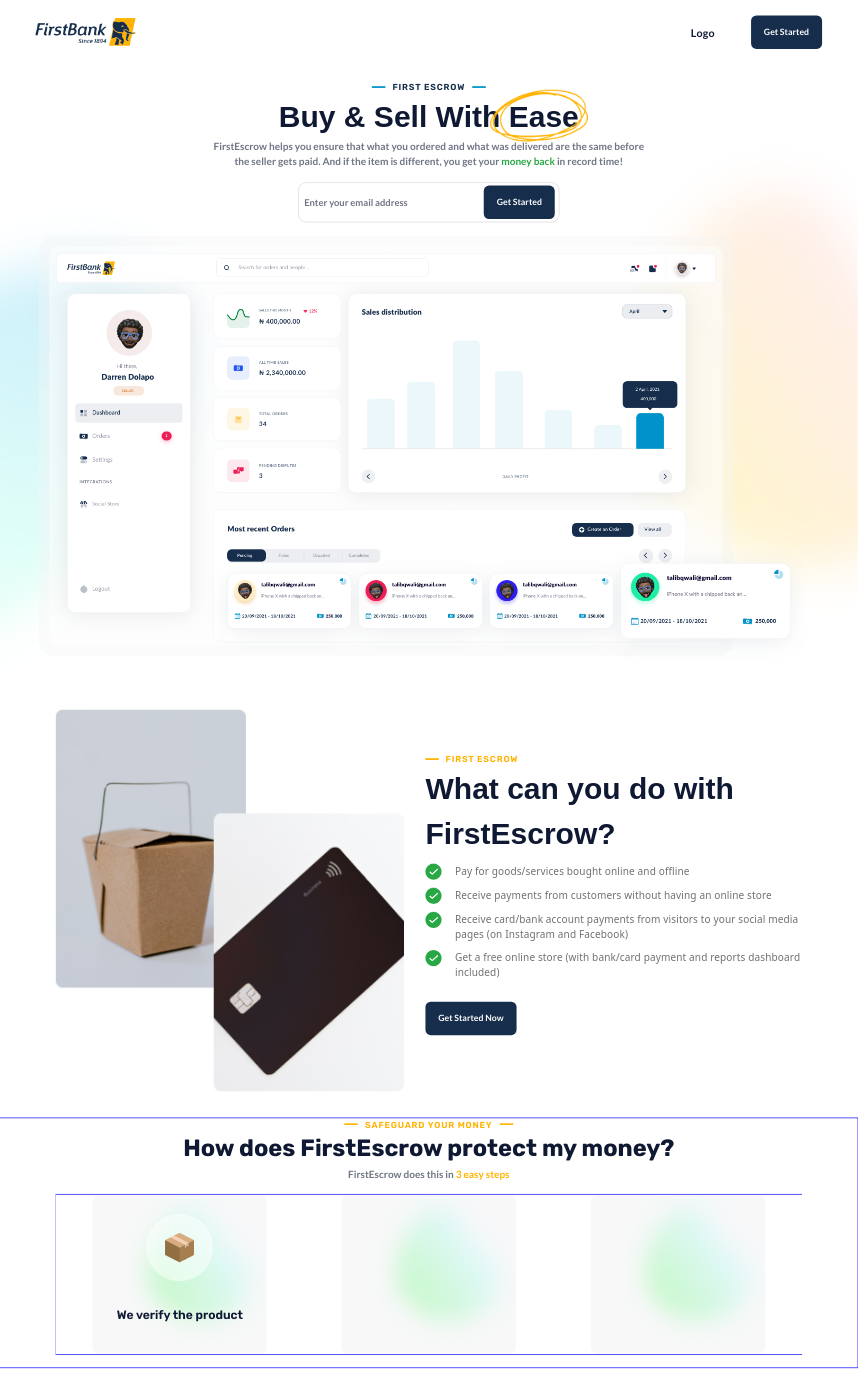
Repository: Pepperest-dev/First_Escrow_Home
Page: index.html
These files come from the project's save history. The page is drawn as it stood at one moment and after the next save; the edit follows.
The browser window is 1280 px wide. The pictures show the whole page, at 67% of full size.

Above is the page before, as saved 2021-09-26 11:49:49.

### index.html
<!DOCTYPE html>
<html lang="en">
  <head>
    <meta charset="UTF-8" />
    <meta http-equiv="X-UA-Compatible" content="IE=edge" />
    <meta name="viewport" content="width=device-width, initial-scale=1.0" />
    <link rel="stylesheet" href="styles/styles.css" />
    <link rel="stylesheet" href="styles/mobileScreenStyles.css" />
    <link
      href="https://unpkg.com/tailwindcss@^2/dist/tailwind.min.css"
      rel="stylesheet"
    />
    <link
      rel="stylesheet"
      href="https://cdnjs.cloudflare.com/ajax/libs/font-awesome/4.7.0/css/font-awesome.min.css"
    />
    <link rel="preconnect" href="https://fonts.googleapis.com" />
    <link rel="preconnect" href="https://fonts.gstatic.com" crossorigin />
    <link
      href="https://fonts.googleapis.com/css2?family=Lato:wght@100;300;400;700;800&family=Rubik:wght@400;500;600;700&display=swap"
      rel="stylesheet"
    />
    <title>First Escrow</title>
  </head>
  <body>
    <!-- Create a container wrapper to  -->
    <!-- create a container to keep everything contained in a certain width  ##done -->
    <!-- create the Navbar ##Done -->
    <!-- Do the font setup from google fonts  ##Done-->
    <!-- make the navbar responsive  Not done-->
    <!-- create the hero section ##almost -->
    <!-- work on the what can we do or you ssection -->
    <!-- Work on how does first escrow  works-->
    <!-- work on refund is guranteed  section  -->
    <!-- how it works in simple steps section -->
    <!-- work on the footer section -->
    <header class="banner mb-10 overflow-x-hidden overscroll-none">
      <nav
        class="
          h-24
          flex
          justify-between
          items-center
          md:w-11/12 md:p-0
          px-7
          mx-auto
          mb-6
        "
      >
        <a href="/">
          <img
            src="/assets/imgs/firstBank_logo.png"
            alt="First Bank Logo"
            class="BrandLogo cursor-pointer"
          />
        </a>

        <ul class="md:flex hidden w-2/12 h-full justify-between items-center">
          <li class="loginLink"><a href="#">Logo</a></li>
          <li>
            <button class="getStartedBtn hover:drop-shadow-xl">
              Get Started
            </button>
          </li>
        </ul>

        <div id="hambugger" class="hambugger cursor-pointer md:hidden">
          <i id="menuToggler" class="fa fa-2x fa-bars"></i>
        </div>
      </nav>

      <main class="md:w-11/12 mb-3 md:p-0 px-7 mx-auto">
        <article>
          <p
            class="
              text-center
              mx-auto
              flex
              justify-around
              items-center
              firstEscrow
            "
          >
            First Escrow
          </p>
          <h1 class="mainTitle text-center mx-auto">
            Buy & Sell With <span class="">Ease</span>
            <img
              src="/assets/icons/bigEaseElipses.png"
              alt="elipses"
              class="elipses"
            />
          </h1>
          <p class="contentDescription mx-auto">
            FirstEscrow helps you ensure that what you ordered and what was
            delivered are the same before the seller gets paid. And if the item
            is different, you get your
            <span class="greenMoneyText">money back</span> in record time!
          </p>
          <form
            class="
              my-5
              mx-auto
              flex
              justify-between
              items-center
              cursor-pointer
              bannerInputField
            "
          >
            <input
              type="text"
              class="h-full"
              placeholder="Enter your email address"
            />
            <button
              type="submit"
              class="getStartedBtn z-10 hover:drop-shadow-xl"
            >
              Get Started
            </button>
          </form>
        </article>
        <img
          src="/assets/imgs/dashboardMockup.png"
          class="dashboardImg cursor-pointer mx-auto"
          alt="dashboard mockup"
        />
      </main>
    </header>
    <div class="wrapper">
      <section
        class="
          mt-10
          w-11/12
          mx-auto
          overflow-x-hidden
          gap-x-8
          items-center
          flex
          justify-between
          flex-wrap-reverse
          md:flex-nowrap
        "
      >
        <div class="">
          <img
            class="object-contain"
            src="/assets/imgs/bagAndCard.png"
            alt="bag and card"
          />
        </div>
        <div class="">
          <p
            class="text-left flex justify-start items-center yellowFirstEscrow"
          >
            First Escrow
          </p>

          <h1 class="mainTitle">What can you do with FirstEscrow?</h1>

          <ul id="FirstEscrowCanDo"></ul>
          <button class="getStartedBtn hover:drop-shadow-xl my-5">
            Get Started Now
          </button>
        </div>
      </section>
    </div>
    <div class="wrapper outline">
      <section class="mt-10 mb-5 w-11/12 mx-auto overflow-x-hidden">
        <p
          class="
            text-center
            mx-auto
            flex
            justify-around
            items-center
            secondYellowFirstEscrow
          "
        >
          Safeguard Your Money
        </p>

        <h3 class="text-center protectTitle">
          How does FirstEscrow protect my money?
        </h3>
        <p class="contentDescription mx-auto">
          FirstEscrow does this in
          <span class="yellowText">3 easy steps</span>
        </p>

        <div
          id="threeBoxes"
          class="flex justify-around items-center outline my-5"
        >
          <div class="box flex flex-col items-center justify-around p-5">
            <div class="boxImage">
              <img src="/assets/imgs/parcelBox.png" alt="" srcset="" />
            </div>
            <p class="boxTitle">We verify the product</p>
            <p class="boxTextContent">

            </p>
          </div>
          <div class="box"></div>
          <div class="box"></div>
        </div>
      </section>
    </div>
    <script src="js/app.js"></script>
  </body>
</html>

### Styles/styles.css
* {
  margin: 0;
  padding: 0;
  border: 0;
  font-size: 16px;
  text-decoration: none;
  font: inherit;
  box-sizing: border-box;
}

/* Colors varable declaration */
:root {
  --whiteBgColor: #ffffff;
  --BtnBgColor: #162d4c;
  --lightBlueColor: #0093c9;
  --yellowPrimaryColor: #ffb300;
  --boxesTextColor: #707070;
  --darkBlueTextColor: #101933;
  --bannerTextColor: #707585;
  --lightGreenColor: #28a745;
  --inputFieldBorderColor: #d8dade;
  --footerBackgroundColor: #f6f6f7;
  --footerTextColor: #040c22;
  --latoFontFamily: "Lato", sans-serif;
  --rubikFontFamily: "Rubik", sans-serif;
  --arialFontFamily: "Arial", sans-serif;
}
.wrapper {
  margin-right: auto;
  margin-left: auto;
  max-width: 1440px;
  padding-right: 2rem;
  padding-left: 2rem;
  width: 100%;
  background-color: var(--whiteBgColor);
}

.banner {
  background-image: url(../assets/imgs/overlayBackground.png);
  background-position: center;
  background-repeat: no-repeat;
  background-size: cover;
  object-fit: cover;
}
.dashboardImg {
  width: 100%;
  height: auto;
  overflow-x: hidden;
}

.contentContainer {
}

.BrandLogo {
  width: 150px;
  object-fit: contain;
  height: 45px;
}

.outline {
  outline: 1px solid blue;
}

.loginLink {
  font: normal normal 600 16px/19px Lato;
  letter-spacing: 0.32px;
  font-family: var(--latoFontFamily);
  font-style: normal;
  font-weight: 600;
  color: var(--darkBlueTextColor);
}

.loginLink:hover {
  opacity: 0.8;
  transition: all ease-in-out 350ms;
}

.getStartedBtn {
  border-radius: 8px;
  background-color: var(--BtnBgColor);
  min-width: 100px;
  padding: 0 1.2rem;
  height: 50px;
  color: var(--whiteBgColor);
  font-family: var(--latoFontFamily);
  text-align: center;
  font-size: 13px;
  font-weight: 800;
}

.getStartedBtn:hover {
  opacity: 0.8;
  transition: all ease-in-out 350ms;
}

.yellowFirstEscrow {
  letter-spacing: 1.2px;
  color: var(--yellowPrimaryColor);
  text-transform: uppercase;
  font-family: var(--rubikFontFamily);
  font-size: 13px;
  font-weight: 600;
  width: 150px;
}

.yellowFirstEscrow::before {
  content: "";
  display: flex;
  width: 20px;
  border: 1px solid var(--yellowPrimaryColor);
  background-color: var(--yellowPrimaryColor);
  margin-right: 10px;
}

.secondYellowFirstEscrow {
  letter-spacing: 1.2px;
  color: var(--yellowPrimaryColor);
  text-transform: uppercase;
  font-family: var(--rubikFontFamily);
  font-size: 13px;
  font-weight: 600;
  width: 263px;
}

.secondYellowFirstEscrow::before {
  content: "";
  display: flex;
  width: 20px;
  border: 1px solid var(--yellowPrimaryColor);
  background-color: var(--yellowPrimaryColor);
}
.secondYellowFirstEscrow::after {
  content: "";
  display: flex;
  width: 20px;
  border: 1px solid var(--yellowPrimaryColor);
  background-color: var(--yellowPrimaryColor);
}

.firstEscrow {
  letter-spacing: 1.2px;
  color: var(--BtnBgColor);
  text-transform: uppercase;
  font-family: var(--rubikFontFamily);
  font-size: 13px;
  font-weight: 600;
  width: 180px;
}

.firstEscrow::before {
  content: "";
  display: flex;
  width: 20px;
  border: 1px solid var(--lightBlueColor);
  background-color: var(--lightBlueColor);
}
.firstEscrow::after {
  content: "";
  display: flex;
  width: 20px;
  background-color: var(--lightBlueColor);
  border: 1px solid var(--lightBlueColor);
}
.mainTitle {
  color: var(--darkBlueTextColor);
  font-family: var(--arialFontFamily);
  font-weight: 700;
  font-size: 2.8rem;
  max-width: 600px;
  position: relative;
}

.elipses {
  position: absolute;
  width: 150px;
  top: -11px;
  right: 10%;
}

.contentDescription {
  color: var(--bannerTextColor);
  font-family: var(--latoFontFamily);
  font-weight: 600;
  font-size: 15px;
  text-align: center;
  max-width: 650px;
}

.greenMoneyText {
  color: var(--lightGreenColor);
}

.bannerInputField {
  width: 390px;
  height: 60px;
  border: 1px solid var(--inputFieldBorderColor);
  border-radius: 12px;
  background: var(--whiteBgColor);
  padding: 8px 6px 8px 8px;
}

.bannerInputField input[type="text"] {
  border: none;
  font-family: var(--latoFontFamily);
  font-size: 16px;
  color: var(--bannerTextColor);
  flex: 0.9;
  font-weight: 600;
  outline: none;
}

.bannerInputField input[type="text"]::placeholder {
  font-family: var(--latoFontFamily);
  font-size: 14px;
  font-weight: 600;
  color: var(--bannerTextColor);
}

#FirstEscrowCanDo li {
  color: var(--boxesTextColor);
  letter-spacing: 0.18px;
  text-align: left;
  font-weight: normal;
  font-size: 15px;
}

.protectTitle {
  color: var(--darkBlueTextColor);
  letter-spacing: 0;
  font-family: var(--rubikFontFamily);
  font-weight: bold;
  font-size: 2.2rem;
}
.yellowText {
  color: var(--yellowPrimaryColor);
}
.box {
  width: 260px;
  height: 238px;
  background-image: url("/assets/imgs/lightGreenCardBg.png");
  background-repeat: no-repeat;
  background-position: center;
  background-size: contain;
}

.boxImage {
  width: 100px;
  height: 120px;
  background-color: transparent;
}

.boxTitle {
  color: var(--darkBlueTextColor);
  letter-spacing: 0;
  font-family: var(--rubikFontFamily);
  text-align: center;
  font-size: 18px;
  font-weight: 600;
}

### Styles/mobileScreenStyles.css
@media screen and (max-width: 600px) {
  .banner {
    background-size: contain;
  }
  .dashboardImg {
    width: 500px;
    height: auto;
  }

  .BrandLogo {
    width: 100px;
  }

  .toggle {
    transition: opacity ease-in-out;
  }

  .elipses {
    position: absolute;
    width: 150px;
    top: 40%;
    right: 9%;
  }
}

### Js/app.js
const escrow = {
  firstEscrowList: [
    {
      icon: "/assets/icons/greenChecked.png",
      text: "Pay for goods/services bought online and offline",
    },
    {
      icon: "/assets/icons/greenChecked.png",
      text: "Receive payments from customers without having an online store",
    },
    {
      icon: "/assets/icons/greenChecked.png",
      text: "Receive card/bank account payments from visitors to your social media pages (on Instagram and Facebook)",
    },
    {
      icon: "/assets/icons/greenChecked.png",
      text: "Get a free online store (with bank/card payment and reports dashboard included)",
    },
  ],
};

Object.freeze(escrow);
console.log(escrow.firstEscrowList);

document.addEventListener(
  "DomContentLoaded",
  (function () {
    console.log("escrow, content");
    const hambugger = document.querySelector("#hambugger");
    const menu = document.querySelector("#menuToggler");
    const escrowCanDo = document.querySelector("#FirstEscrowCanDo");

    let returnedList = escrow.firstEscrowList
      .map(
        (list) =>
          `<li class="flex items-start my-3 justify-start"><img  src=${list.icon} alt="checked icon" class="mr-5 h-6 w-6" /> ${list.text}</li>`
      )
      .join(" ");

    escrowCanDo.innerHTML = returnedList;

    hambugger.addEventListener("click", () => {
      if (menu.classList.contains("fa-bars")) {
        menu.classList.remove("fa-bars");
        menu.classList.add("fa-times");
      } else if (menu.classList.contains("fa-times")) {
        menu.classList.remove("fa-times");
        menu.classList.add("fa-bars");
      }
      hambugger.classList.toggle("toggle");
    });
  })()
);

After the next save:
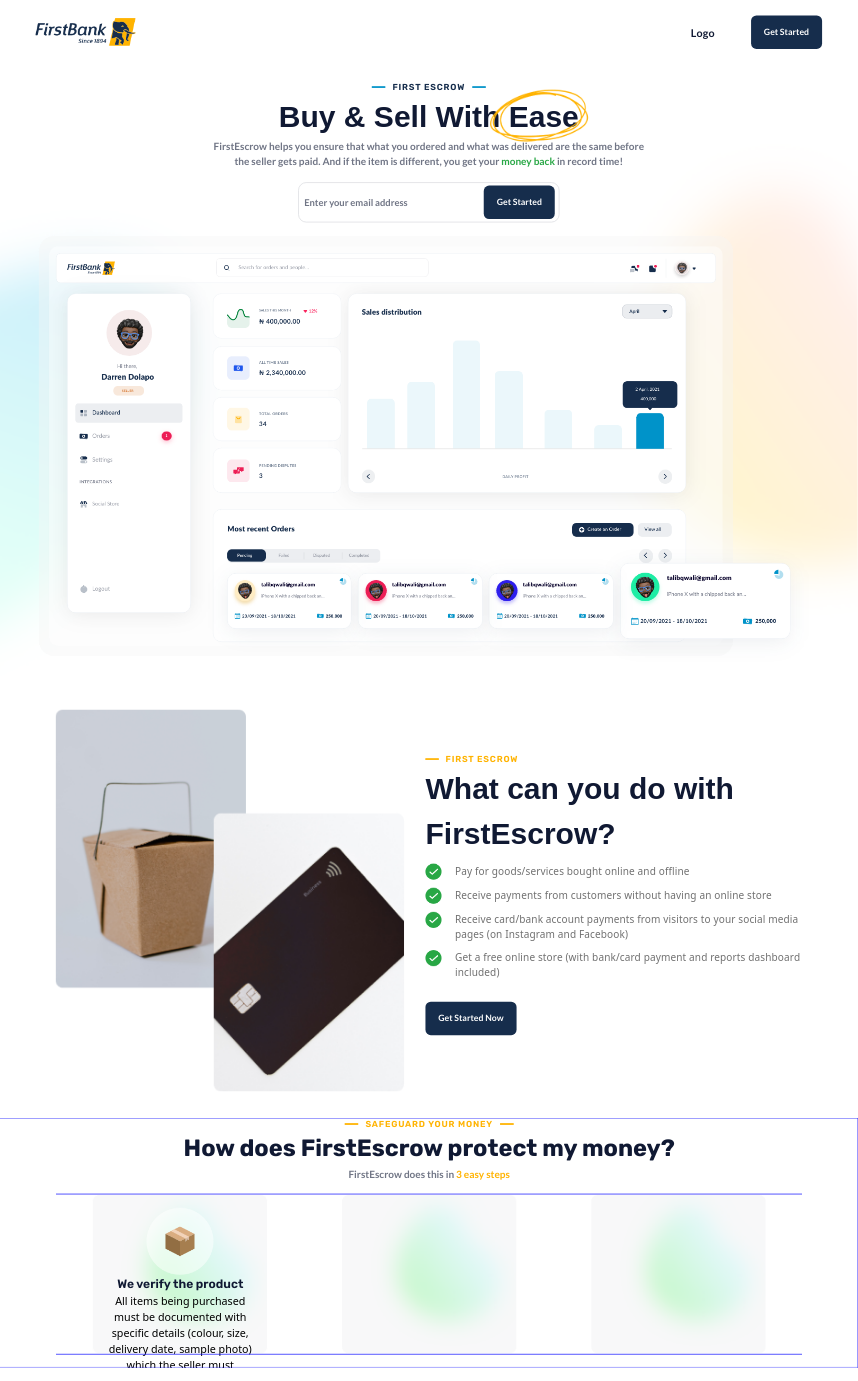
Saved 10 s later.
--- a/index.html
+++ b/index.html
@@ -198,8 +198,10 @@
               <img src="/assets/imgs/parcelBox.png" alt="" srcset="" />
             </div>
             <p class="boxTitle">We verify the product</p>
-            <p class="boxTextContent">
-
+            <p class="boxTextContent text-center">
+              All items being purchased must be documented with specific details
+              (colour, size, delivery date, sample photo) which the seller must
+              consent to.
             </p>
           </div>
           <div class="box"></div>
